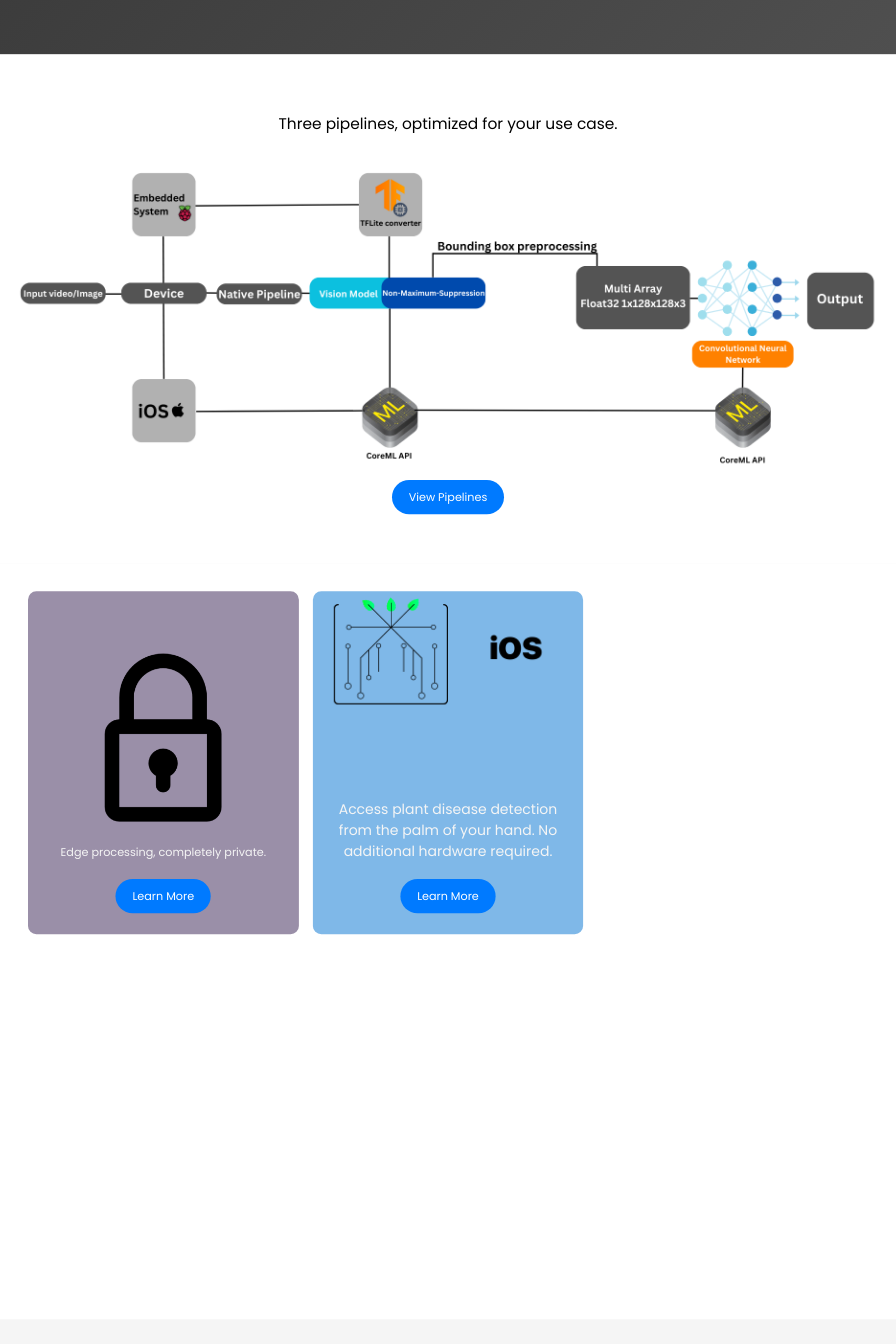
Repository: jss1118/The-Deeproot-Project
Page: Website/index.html
These files come from the project's save history. The page is drawn as it stood at one moment and after a run of saves; the edit follows.
The browser window is 1280 px wide. The pictures show the part of the page from y = 1104 to 3024 px (the page is 3212 px tall), at 70% of full size.

Above is the page before, as saved 2025-03-21 13:33:23.

### Website/index.html
<!DOCTYPE html>
<html lang="en">

<head>
  <meta charset="UTF-8">
  <meta name="viewport" content="width=device-width, initial-scale=1.0">
  <title>Deeproot A.I</title>
  <link href="https://fonts.googleapis.com/css2?family=Poppins:wght@400;600&display=swap" rel="stylesheet">
  <style>
    body {
      margin: 0;
      font-family: 'Poppins', sans-serif;
      overflow-x: hidden;
      background-color: #f5f5f5;
    }

    nav {
      background: rgba(22, 22, 22, 0.9);
      position: sticky;
      top: 0;
      width: 100%;
      z-index: 1000;
      display: flex;
      justify-content: center;
    }

    .navlinks {
      list-style: none;
      display: flex;
      gap: 30px;
      padding: 15px;
      margin: 0;
    }

    .navlink, .navicon svg {
      color: #d3d3d3;
      text-decoration: none;
      transition: color 0.3s;
    }

    .navlink:hover, .mainpagelink a:hover {
      color: white;
    }

    .mainpage2, .mainpage3, .mainpage4 {
      padding: 60px 20px;
      text-align: center;
    }

    .mainpage2 {
      background: linear-gradient(135deg, #2e2e2e, #4f4f4f);
      color: white;
    }

    .mainpage2 img, .mainpage3 img, .promo1 img {
      max-width: 100%;
      height: auto;

    }

    .mp2-title1 {
      font-size: 56px;
      font-weight: 600;
      margin-bottom: 15px;
    }

    .mp2-desc, .mp3desc {
      font-size: 22px;
      margin-bottom: 25px;
    }

    .mainpagelink a {
      display: inline-block;
      margin: 10px;
      padding: 12px 24px;
      background: #007aff;
      color: white;
      border-radius: 25px;
      text-decoration: none;
      transition: background 0.3s;
    }

    .mainpage3 {
      background: white;
    }

    .mainpage3 img {
      margin-top: 20px;
      border-radius: 12px;
    }

    .mainpage4 {
      display: grid;
      grid-template-columns: repeat(auto-fit, minmax(300px, 1fr));
      gap: 20px;
      background-color: white;
      padding: 40px;
    }

    .promo1, .promo2, .promo3, .promo4, .promo5, .promo6 {
      background-size: cover;
      background-position: center;
      height: 450px;
      display: flex;
      flex-direction: column;
      justify-content: flex-end;
      padding: 20px;
      color: white;
      border-radius: 12px;
      position: relative;
    }

    .promo1 img, .promo2 img, .promo3 img, .promo4 img, .promo5 img, .promo6 img {
      margin-bottom: 10px;
    }

    .promo1 {
      background-color: #9a8fa8;
      color: #f5f5f5;
    }
    .promo2 {
      background-color: #7fb8e8;
      color: #f5f5f5;
      background-size: cover;
      background-position: center;
      height: 450px;
      display: flex;
      flex-direction: column;
      justify-content: flex-end;
      padding: 20px;
      border-radius: 12px;
      position: relative;
    }
    .promo2 p {
      font-size: 20px;
      margin-bottom: 15px;
    }


    .promo1 img {
      width: 240px;
      height: auto;
      margin: 0 auto 15px auto;
      display: block;
      background: none;
    }

    .promo2 img {
      width: 360px;
      height: 400px;
      margin: 0 auto 15px auto;
      display: block;
      border-radius: 10px;

      position: relative;
      bottom: 1px;
    }

    footer {
      background-color: #2e2e2e;
      color: #ccc;
      text-align: center;
      padding: 30px 20px;
      margin-top: 40px;
    }

    footer a {
      color: #007aff;
      text-decoration: underline;
    }

    @media (max-width: 768px) {
      .mp2-title1 { font-size: 40px; }
      .mp2-desc, .mp3desc { font-size: 18px; }
      .mainpagelink a { padding: 10px 20px; }
    }
  </style>
</head>

<body>
  <nav>
    <ul class="navlinks">
      <li><a class="navlink" href="/">iOS</a></li>
      <li><a class="navlink" href="/applestore">Raspberry Pi 5</a></li>
      <li><a class="navlink" href="/">Native</a></li>
      <li><a class="navlink" href="/">State-of-the-art Models</a></li>
      <li><a class="navlink" href="/">Developers</a></li>
    </ul>
  </nav>

  <section class="mainpage2">
    <h1 class="mp2-title1">Deeproot</h1>
    <p class="mp2-desc">Portable. Fast. Secure.</p>
    <p class="mp2-desc">The all-in-one automated solution for early plant disease detection.</p>
    <div class="mainpagelink"><a href="#">Learn More</a></div>
    <img src="wide logo.png" alt="Deeproot Logo">
  </section>

  <section class="mainpage3">
    <p class="mp3desc">Three pipelines, optimized for your use case.</p>
    <img src="newgraph.png" alt="Machine Learning Pipelines">
    <div class="mainpagelink"><a href="#">View Pipelines</a></div>
  </section>

  <section class="mainpage4">
    <div class="promo1">
      <img src="lock.fill.png" alt="Promo icon">
      <p>Edge processing, completely private.</p>
      <div class="mainpagelink"><a href="#">Learn More</a></div>
    </div>
    <div class="promo2">
      <img src="deeprootios.png" alt="ios icon">
      <p>Access plant disease detection from the palm of your hand. No additional hardware required.</p>
      <div class="mainpagelink"><a href="#">Learn More</a></div>
    </div>



    <div class="promo3"></div>
    <div class="promo4"></div>
    <div class="promo5"></div>
    <div class="promo6"></div>
  </section>

  <footer>
    <p>The Deeproot Project by <a href="https://github.com/iamreiyn">Josh Stanley</a></p>
    <p>Deeproot started by Josh Stanley as an 8th grade science project and grew into a full application, helping farmers detect plant diseases early. It combines deep learning and computer vision to protect crops in a cost-effective and automated way.</p>
  </footer>
</body>
</html>

After the next 2 saves:
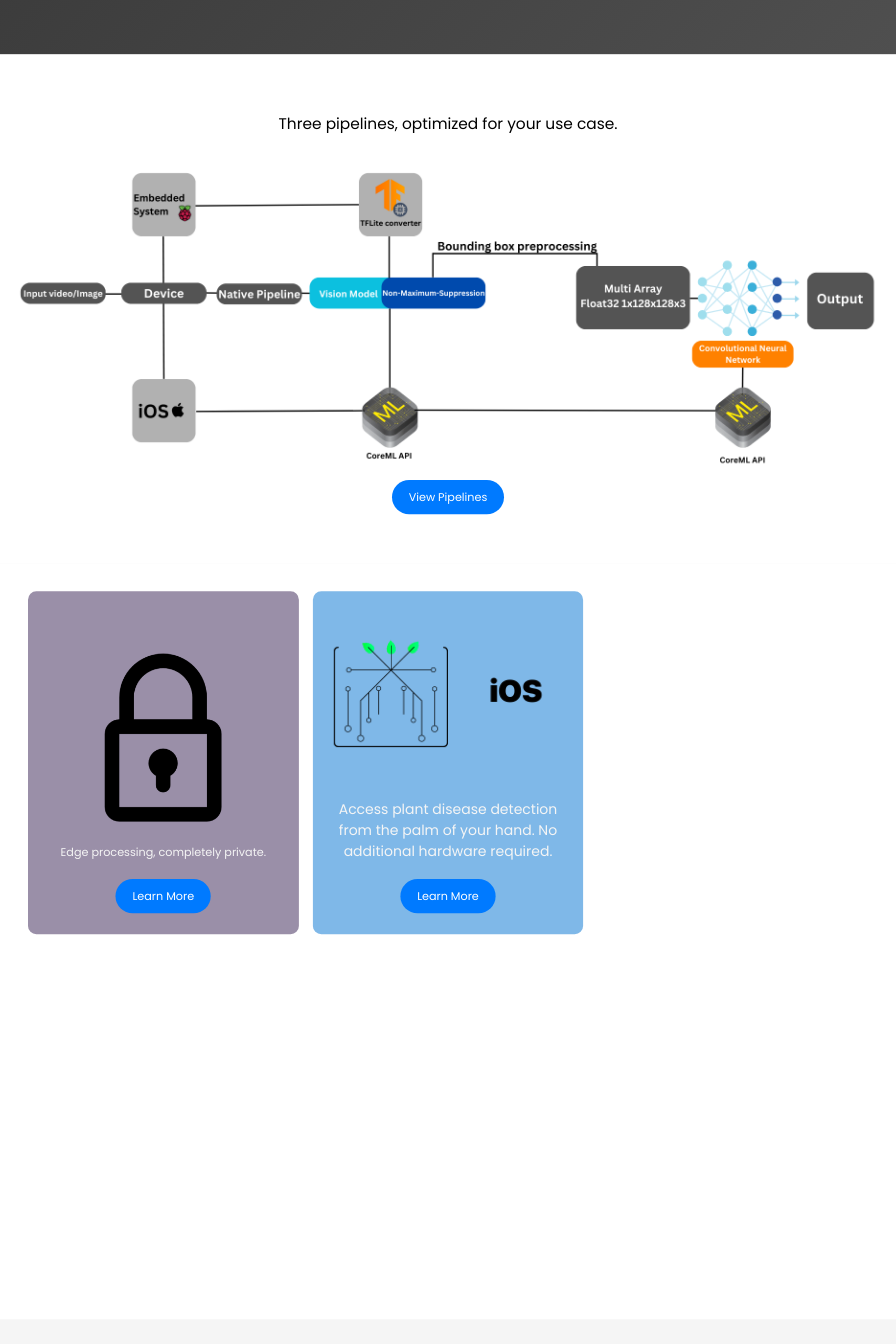
The 2 saves are shown as one change because they came seconds apart.
The last was saved 12 s later.
--- a/Website/index.html
+++ b/Website/index.html
@@ -153,7 +153,7 @@
       border-radius: 10px;
 
       position: relative;
-      bottom: 1px;
+      top: 60px;
     }
 
     footer {
